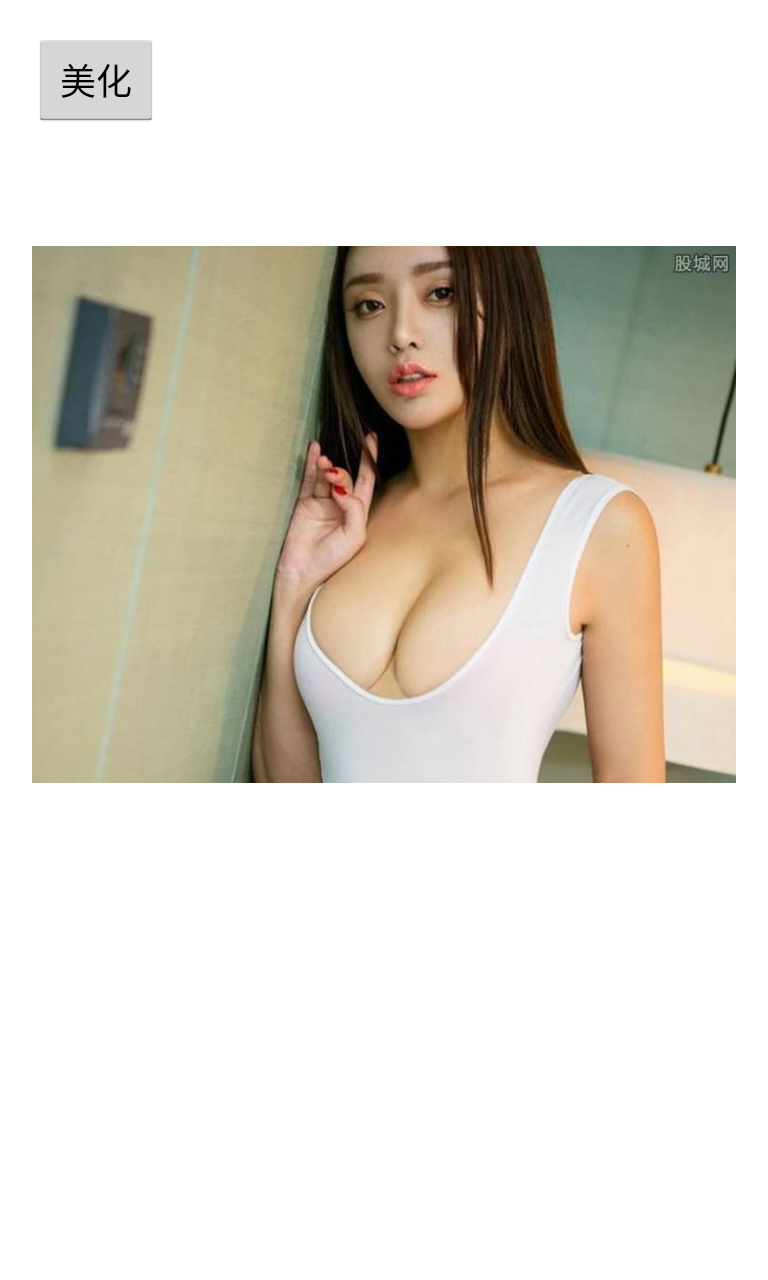
Repository: xfhy/Usually-learn-Android
Layout: JNI/6_图片秀秀/res/layout/activity_main.xml
These files come from the project's save history. The layout is drawn as it stood at one moment and after the next save; the edit follows.
It is drawn on a 768 x 1280 px phone screen (xhdpi) without system bars, with theme AppTheme; the app's code is not run.

Above is the layout before, as saved 2017-04-09 07:21:04.

After the next save:
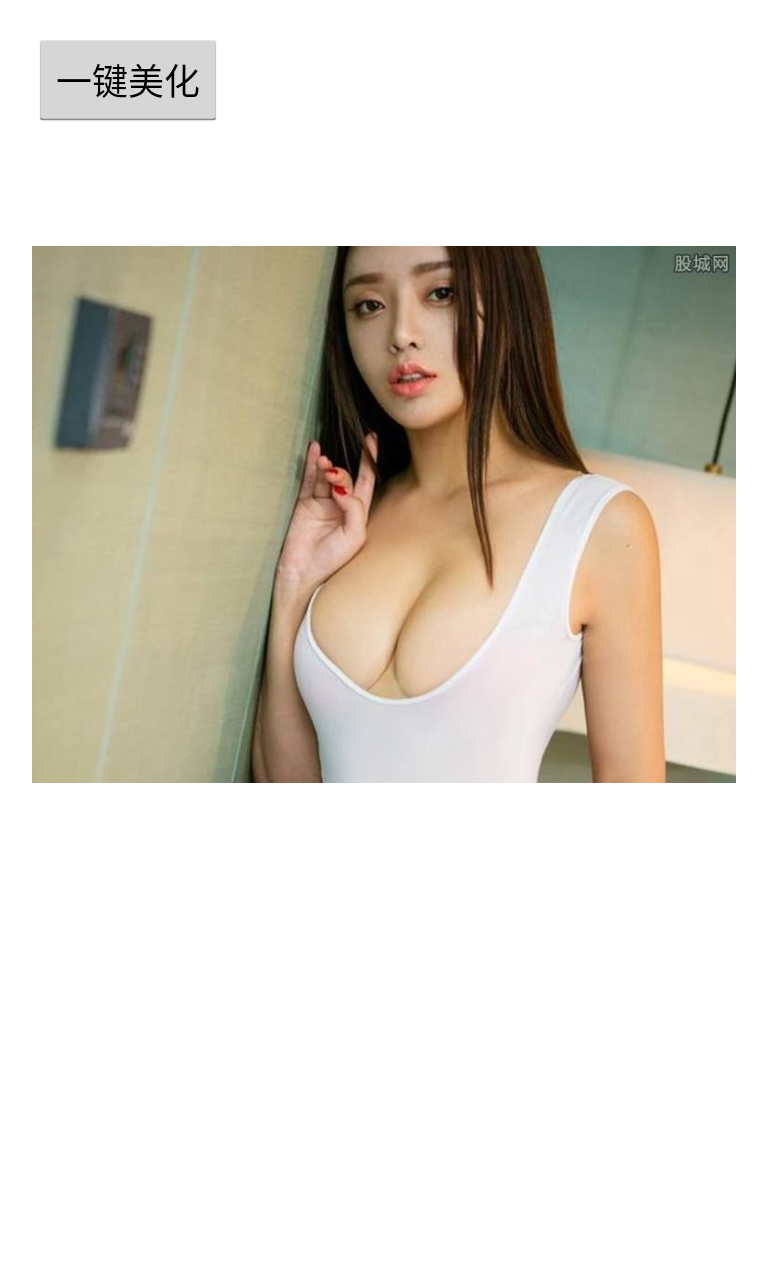
Saved 56 s later.
--- a/JNI/6_图片秀秀/res/layout/activity_main.xml
+++ b/JNI/6_图片秀秀/res/layout/activity_main.xml
@@ -12,7 +12,7 @@
         android:id="@+id/bt_beautify"
         android:layout_width="wrap_content"
         android:layout_height="wrap_content"
-        android:text="美化" />
+        android:text="一键美化" />
 
     <ImageView
         android:id="@+id/image"
